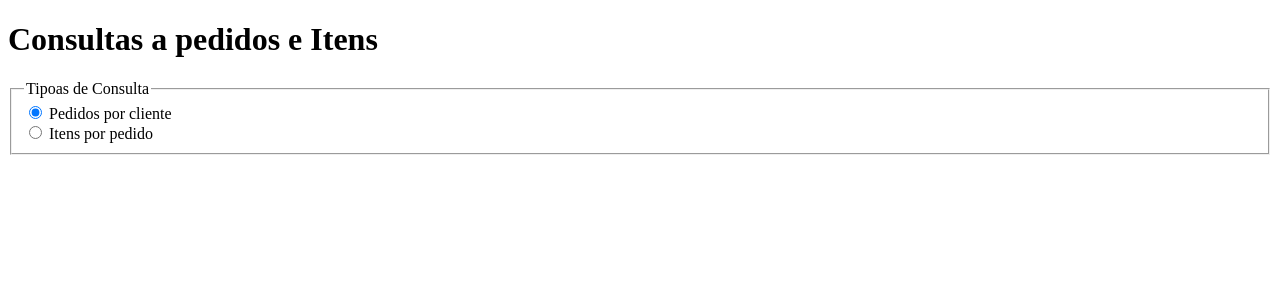
Repository: NicholasMaestrello/treinamento-impacta
Page: http://localhost/02_VendasWEB/consultas.jsp
An editor plug-in stored every save of this project. The page is shown before and after the next save, followed by the edit.
The browser window is 1280 px wide. The pictures show the whole page.
The page is served by Tomcat 9. Other server files are loaded and not shown.

Above is the page before, as saved 2017-09-28 19:41:05.

### DesenvolvimentoJava/Modulo03/02_VendasWEB/WebContent/consultas.jsp
<!DOCTYPE html>
<html>
<head>
<meta charset="UTF-8">
<title>Consultas</title>
</head>
<body>
	<%@ taglib uri="http://java.sun.com/jsp/jstl/core"  prefix="c"%>
	<jsp:useBean id="consultaBean" class="br.com.seniorsolution.beans.BeanVendas"></jsp:useBean>
	<h1>Consultas a pedidos e Itens</h1>
	<fieldset>
		<legend>Tipoas de Consulta</legend>
		<form action="">
			<input type="radio" name="opcao" value ="pedidos" checked="checked"/>
			Pedidos por cliente<br/>
			<input type="radio" name="opcao" value ="itens"/>
			Itens por pedido<br/>
		</form>
	</fieldset>
</body>
</html>

### DesenvolvimentoJava/Modulo03/02_VendasWEB/src/br/com/seniorsolution/beans/BeanVendas.java
package br.com.seniorsolution.beans;

import java.util.List;

import br.com.seniorsolution.dao.GenericDao;
import br.com.seniorsolution.entidades.Cliente;
import br.com.seniorsolution.entidades.Pedido;

public class BeanVendas {
	public List<Cliente> getListaClientes(){
		GenericDao<Cliente> dao = new GenericDao<>(Cliente.class);
		return dao.listar();
	}
	public List<Pedido> getListaPedidos (){
		GenericDao<Pedido> dao = new GenericDao<>(Pedido.class);
		return dao.listar();
	}
}

After the next save:
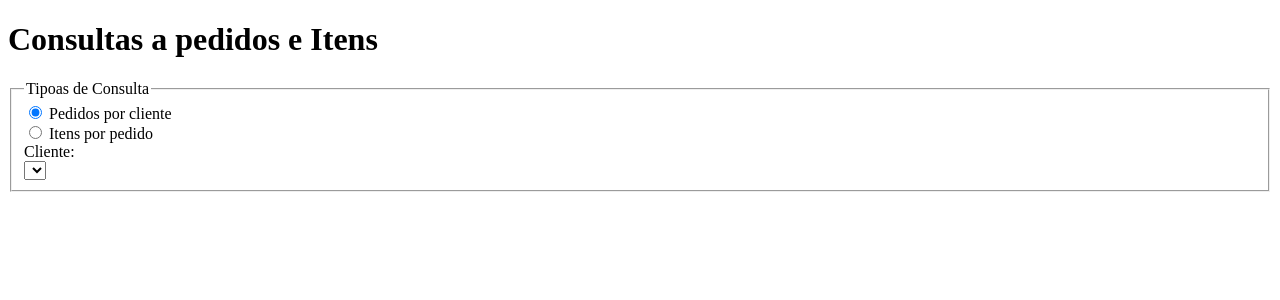
Saved 85 s later.
--- a/DesenvolvimentoJava/Modulo03/02_VendasWEB/WebContent/consultas.jsp
+++ b/DesenvolvimentoJava/Modulo03/02_VendasWEB/WebContent/consultas.jsp
@@ -15,6 +15,15 @@
 			Pedidos por cliente<br/>
 			<input type="radio" name="opcao" value ="itens"/>
 			Itens por pedido<br/>
+
+		<label>Cliente: </label><br/>
+		<select name="cliente">
+			<c:forEach var="item" items="${clienteBean.listaClientes}">
+				<option value="${item.id}">${item.empresa}</option>
+			</c:forEach>
+
+		</select><br/>
+
 		</form>
 	</fieldset>
 </body>
